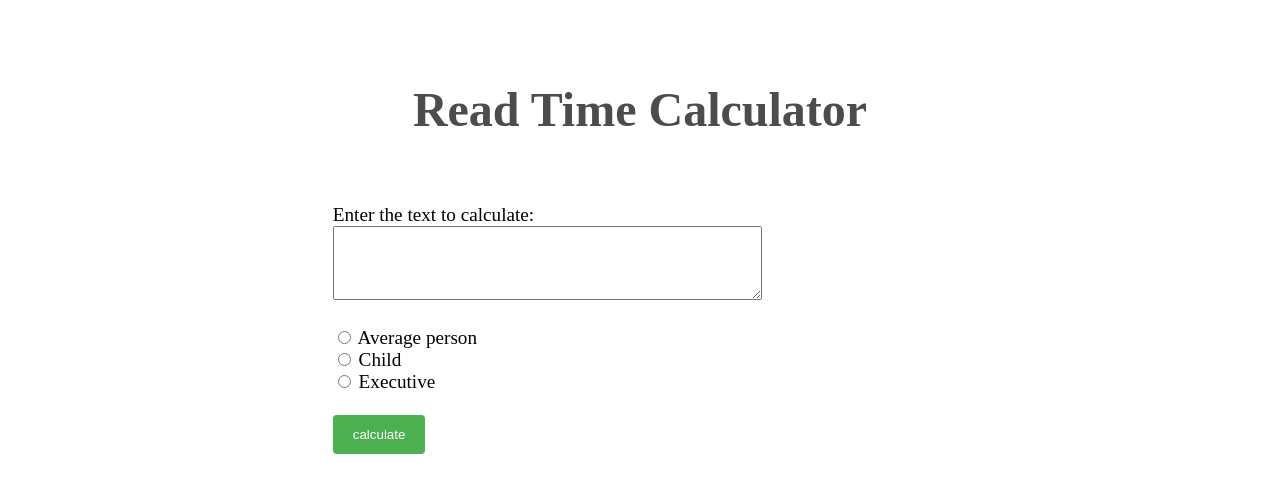
Repository: Full-Creative/Projects
Page: http://localhost/ReadTimeCalculator/
These files come from the project's save history. The page is drawn as it stood at one moment and after the next save; the edit follows.
The browser window is 1280 px wide. The pictures show the whole page.
The page is served by Tomcat 9. Other server files are loaded and not shown.

Above is the page before, as saved 2020-11-19 10:31:23.

### ReadTimeCalculator/src/main/webapp/index.html
<!DOCTYPE html>
<html xmlns="http://www.w3.org/1999/xhtml" lang="en">
<head>
<meta http-equiv="content-type"
	content="application/xhtml+xml; charset=UTF-8" />
<title>Read Time Calculator</title>
<link rel="stylesheet" href="mystyle.css">

</head>
<body>

 	<header>
		<h1>Read Time Calculator</h1>
	<!--	<nav>
			<a href="">Average Read Time</a> <a href="">Child Read Time</a> <a
				href="">Executive Read Time</a>
		</nav>-->
	</header>
	<section class="userInput">
		<!--  <form action="/result" method="post" id="calculator">-->
		<label for="data" class="inputLabel">Enter the text to calculate:</label>
		<textarea id="data" name="data" rows="4" cols="50"></textarea>
		<br>
		<br> <input type="radio" id="average" name="type" value="average">
		<label for="type">Average person</label><br> <input type="radio"
			id="child" name="type" value="child"> <label for="type">Child</label><br>
		<input type="radio" id="executive" name="type" value="executive">
		<label for="type">Executive</label> <br>
		<br> <input type="submit" value="calculate" id="calculate">
		<br>
		<br>
		<div id="readTime"></div>
		<!-- </form>-->
	</section>
	<!--   <script src="http://code.jquery.com/jquery-latest.min.js"></script>-->
	<script src="script.js"></script>
</body>

</html>

### ReadTimeCalculator/src/main/webapp/mystyle.css
body {
	margin: 1%;
	padding: 1%;
	font-size: 100%;
}

header, footer {
	padding: 1%;
	margin: 1%;
}

header h1 {
	font-size: 3rem;
	color: rgba(0, 0, 0, .7);
	text-align: center;
}

nav {
	display: block;
	background-color: white;
	border: 1px solid black;
	text-align: center;
	border-radius: 35px;
	text-decoration: none;
	padding: 2%;
	margin: 1%;
}

nav a {
	padding: 1%;
	font-size: 1.2em;
}

.userInput {
	font-size: 1.2em;
	margin: auto;
	width: 50%;
	padding: 10px;
}

.userInput #data{
	padding: 1%;
}

.userInput #calculate {
	background-color: #4CAF50;
	color: white;
	padding: 12px 20px;
	border: none;
	border-radius: 4px;
	cursor: pointer;
}

### ReadTimeCalculator/src/main/webapp/script.js
var element = document.querySelector('#calculate');

element.addEventListener("click", function() {
	onChangeSubmitCallWebServiceAJAX();
});
function onChangeSubmitCallWebServiceAJAX() {
	var data = document.getElementById("data").value;
	var type = document.querySelector('input[name="type"]:checked').value;
	xhr = new XMLHttpRequest();
	xhr.open('POST', 'time');
	xhr.setRequestHeader('Content-Type', 'application/json');
	xhr.onload = function() {
		if (xhr.status === 200 && xhr.readyState == 4) {
			document.getElementById('readTime').innerHTML = 'The read time of ' + JSON.parse(xhr.responseText).type + ' is ' + JSON.parse(xhr.responseText).minutes + ' minutes';
		}
		else if (xhr.status !== 200) {
			alert('Request failed.  Returned status of ' + xhr.status);
		}
	};

	xhr.send(JSON.stringify({
		text: data,
		type: type
	}));

}

After the next save:
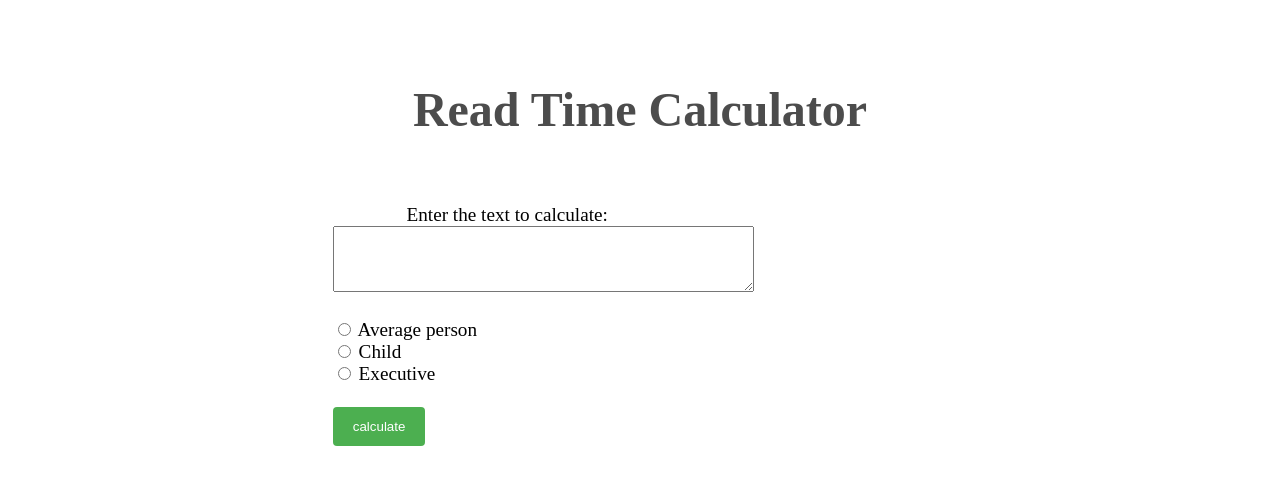
Saved 11 s later.
--- a/ReadTimeCalculator/src/main/webapp/mystyle.css
+++ b/ReadTimeCalculator/src/main/webapp/mystyle.css
@@ -38,8 +38,8 @@ nav a {
 	padding: 10px;
 }
 
-.userInput #data{
-	padding: 1%;
+.userInput .inputLabel{
+	padding: 12%;
 }
 
 .userInput #calculate {
